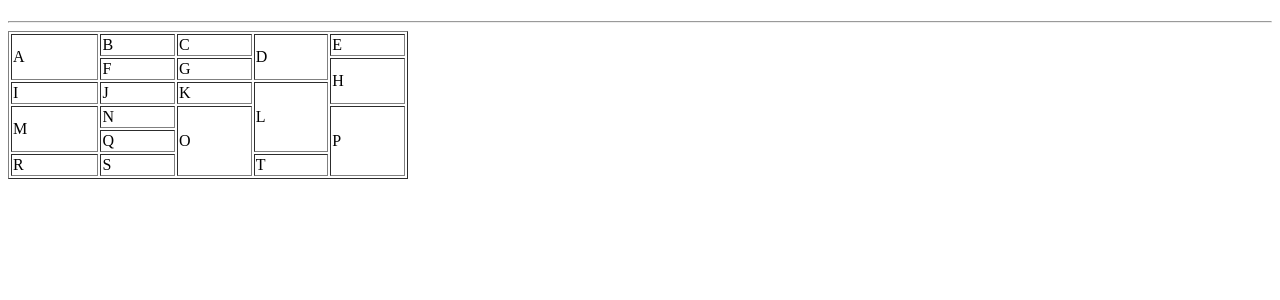
Repository: jp0301/WebStudy
Page: WebApp01/WebContent/Test013.html
An editor plug-in stored every save of this project. The page is shown before and after the next save, followed by the edit.
The browser window is 1280 px wide. The pictures show the whole page.

Above is the page before, as saved 2022-09-27 02:48:23.

After the next save:
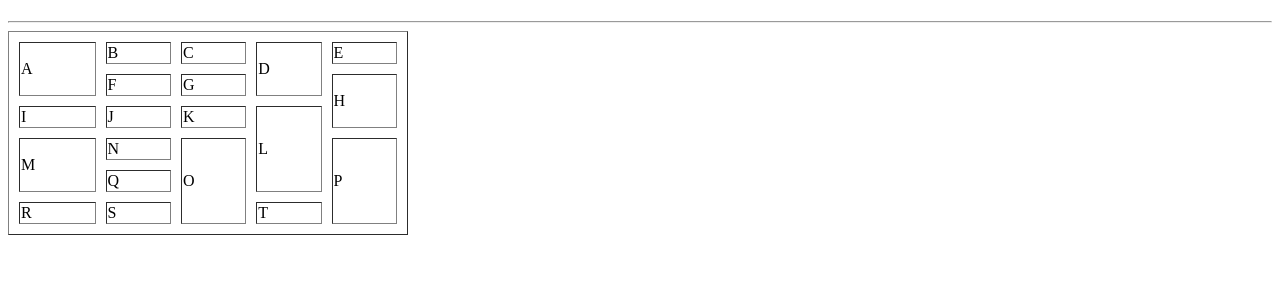
Saved 28 s later.
--- a/WebApp01/WebContent/Test013.html
+++ b/WebApp01/WebContent/Test013.html
@@ -11,7 +11,7 @@
 	<hr>
 </div>
 
-	<table border="1" width="400">
+	<table border="1" width="400" cellspacing="10">
 		<tr>
 			<td rowspan="2">A</td>
 			<td>B</td>

After the save that followed:
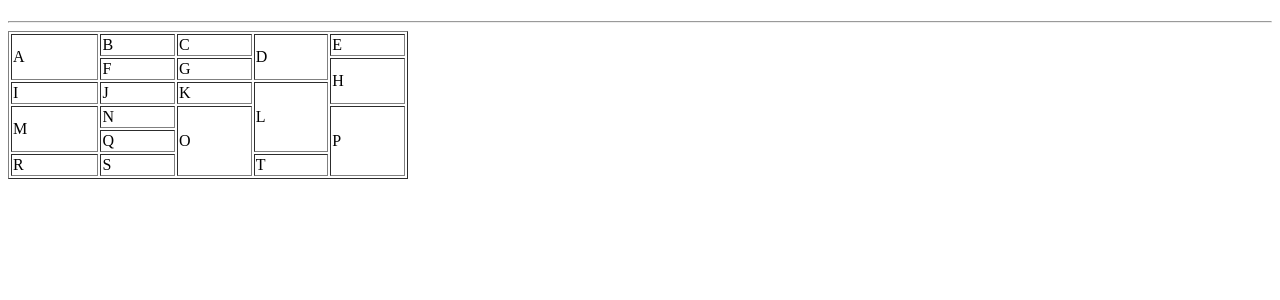
Saved 9 s later.
--- a/WebApp01/WebContent/Test013.html
+++ b/WebApp01/WebContent/Test013.html
@@ -11,7 +11,7 @@
 	<hr>
 </div>
 
-	<table border="1" width="400" cellspacing="10">
+	<table border="1" width="400" cellspacing="2">
 		<tr>
 			<td rowspan="2">A</td>
 			<td>B</td>
